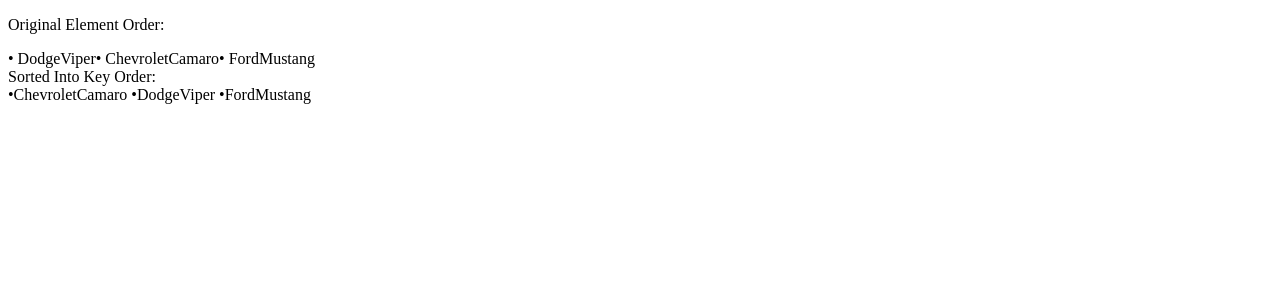
Repository: NetGary0430/htdocs
Page: http://localhost/sort.php
An editor plug-in stored every save of this project. The page is shown before and after the next save, followed by the edit.
The browser window is 1280 px wide. The pictures show the whole page.
The page is run by PHP 8.4 with error messages shown; the project is at /var/www/html/.

Above is the page before, as saved 2025-03-01 14:44:29.

After the next save:
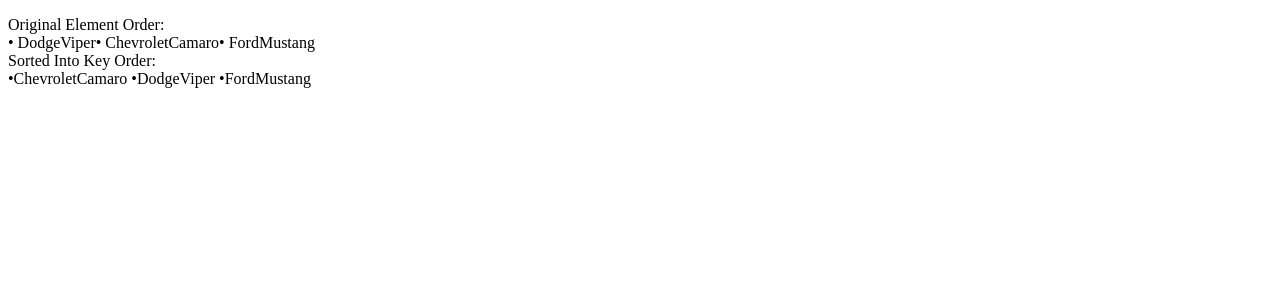
Saved 89 s later.
--- a/sort.php
+++ b/sort.php
@@ -11,7 +11,7 @@
     $cars = array('Dodge' => 'Viper',
                 'Chevrolet' => 'Camaro',
                 'Ford' => 'Mustang');
-    echo '<dl><dt>Original Element Order:<dd></dd></dt></dl>';
+    echo '<dl><dt>Original Element Order:<dd></dd>';
     foreach($cars as $key => $value)
     {echo '&bull; ', $key.''.$value;}
     ksort($cars);

After the save that followed:
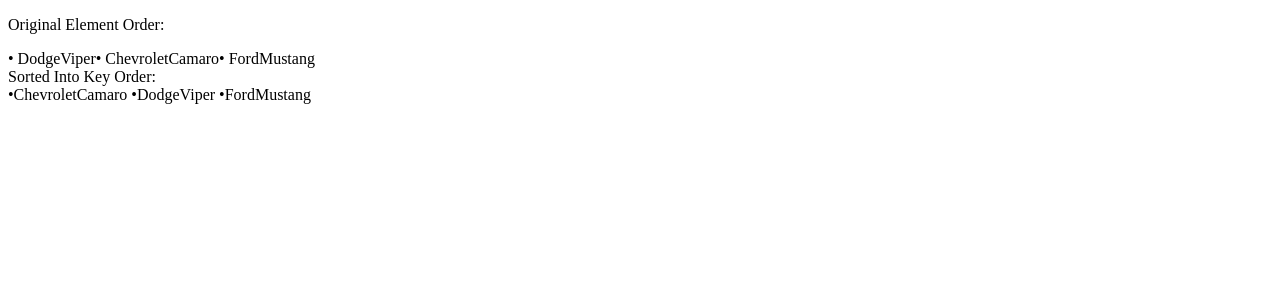
Saved 40 s later.
--- a/sort.php
+++ b/sort.php
@@ -11,7 +11,7 @@
     $cars = array('Dodge' => 'Viper',
                 'Chevrolet' => 'Camaro',
                 'Ford' => 'Mustang');
-    echo '<dl><dt>Original Element Order:<dd></dd>';
+    echo '<dl><dt>Original Element Order:<dd></dd></dt></dl>';
     foreach($cars as $key => $value)
     {echo '&bull; ', $key.''.$value;}
     ksort($cars);
